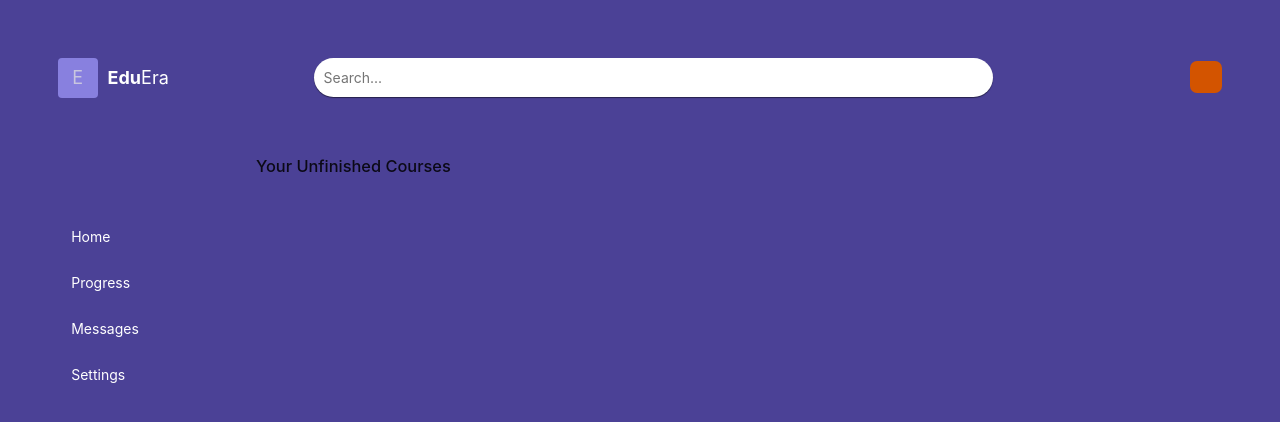
Repository: huynhnt1406/coursestorage
Page: / (app in coursestorage/)
These files come from the project's save history. The page is drawn as it stood at one moment and after the next save; the edit follows.
The browser window is 1280 px wide. The pictures show the whole page.
The project was rebuilt for these pictures with package versions that can differ from the ones it lists, and the page was loaded fresh each time.

Above is the page before, as saved 2021-05-01 17:06:05.

### coursestorage/src/main.js
import Vue from 'vue'
import App from './App.vue'
import 'ant-design-vue/dist/antd.css'
import Antd from 'ant-design-vue';
Vue.config.productionTip = false
Vue.use(Antd);
new Vue({
  render: h => h(App),
}).$mount('#app')

### coursestorage/src/App.vue
<template>
  <div class="container">
    <div class="sidebar">
      <Sidebar/>
    </div>
    <div class="main">
      <SearchBar/>
      <VideoList/>
    </div>
  </div>
</template>

<script>
import Sidebar from './components/Sidebar'
import SearchBar from './components/SearchBar'
import VideoList from './components/VideoList'
export default {
  components:{
    Sidebar,
    SearchBar,
    VideoList
  }
}
</script>

<style>
*{
  margin:0
}
.container{
  background-color:#4b4196;
  min-height: 100vh;
  display: flex;
}
.main{
  flex:0.8;
}
</style>

### coursestorage/src/components/Sidebar.vue
<template>
  <div class="sidebar">
      <div class="sidebar-header">
          <a-avatar shape="square" size="large" style="backgroundColor:#a29bfe ; opacity:0.7 ; marginRight:10px">E</a-avatar>
          <span><strong>Edu</strong>Era</span>
      </div>
      <div class="sidebar-links">
          <div class="link">
              <a-icon style="color:#a29bfe ; opacity:0.7" type="appstore"/>
              <span>Home</span>
          </div>
           <div class="link">
               <a-icon style="color:#a29bfe ; opacity:0.7" type="bar-chart" />
              <span>Progress</span>
          </div>
           <div class="link">
               <a-icon style="color:#a29bfe ; opacity:0.7" type="message" />
                <span>Messages</span>
          </div>
           <div class="link">
                <a-icon style="color:#a29bfe ; opacity:0.7" type="setting" />
              <span>Settings</span>
          </div>
      </div>
  </div>
</template>

<script>
export default {

}
</script>

<style>
.sidebar{
    flex:0.2;
    background-color:#4b4196;
}
.sidebar-header{
    display: flex;
    align-items: center;
    padding:8vh 0 8vh 8vh
}
.sidebar-header span{
    color:white;
    font-size: large;
}
.sidebar-links{
    padding:8.5vh;
}
.link{
    display: flex;
    margin-bottom:5px;
    align-items: center;
    padding:10px 0 10px 0;
    color:white;
}
.link span{
    margin-left:10px;
}
.link:hover{
    color:#d35400;
    cursor: pointer;
}
</style>

### coursestorage/src/components/SearchBar.vue
<template>
  <div class="searchbar">
    <div class="search-tool">
        <a-icon type="search"  />
        <input type="text" placeholder="Search..." >
    </div>
    <div class="icons">
        <a-avatar shape="square" icon="user" type="user" style="color:black ;backgroundColor:transparent; border-radius:7px "  />
        <a-avatar shape="square" style="backgroundColor:#d35400 ;border-radius:7px " icon="fire" />
    </div>
  </div>
</template>

<script>
export default {

}
</script>

<style>
.searchbar{
    padding:8vh;
    display: flex;
    justify-content: space-between;
    align-items: center;
    flex:1;
}
.search-tool {
    background-color: white;
    box-shadow: 0 1px 1px rgba(0,0,0,.5);
    padding:8px;
    flex:0.8;
    border-radius: 20px;
}
.search-tool input{
    width: 90%;
    background-color: transparent;
    border:none;
    outline:none;
}
</style>

### coursestorage/src/components/VideoList.vue
<template>
  <h3>Your Unfinished Courses</h3>
</template>

<script>
export default {

}
</script>

<style>

</style>

Loaded but not shown: coursestorage/public/index.html (common file)

After the next save:
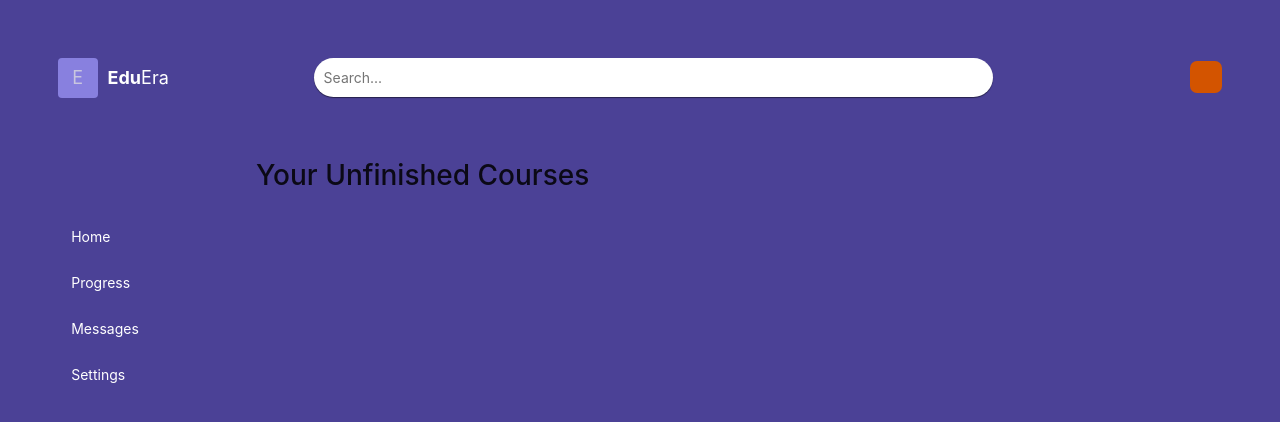
Saved 116 s later.
--- a/coursestorage/src/components/VideoList.vue
+++ b/coursestorage/src/components/VideoList.vue
@@ -1,5 +1,5 @@
 <template>
-  <h3>Your Unfinished Courses</h3>
+  <h1>Your Unfinished Courses</h1>
 </template>
 
 <script>
